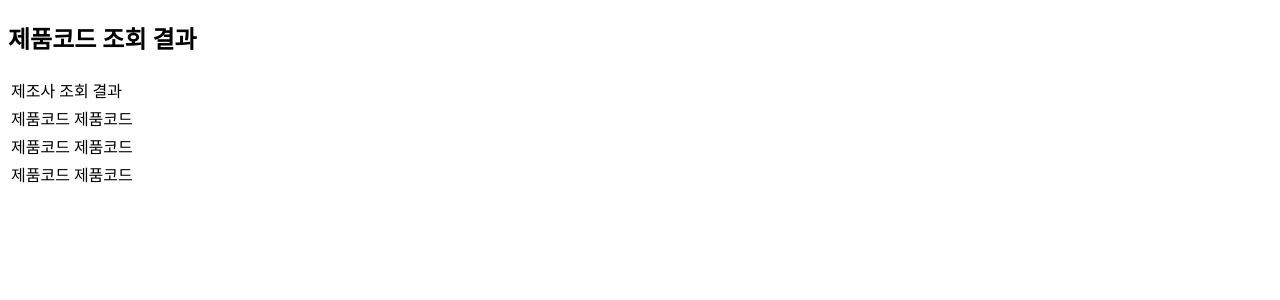
Repository: dlrjsgh367/SW-L5-20V1
Page: http://localhost/SW-L5-20V1/task2_check_result.jsp
The author's editor kept a copy of each file at every save. The page is drawn from the files as they stood at one save, then again after a run of saves.
The browser window is 1280 px wide. The pictures show the whole page.
The page is served by Tomcat 9.

Above is the page before, as saved 2025-01-12 08:33:18.

After the next 2 saves:
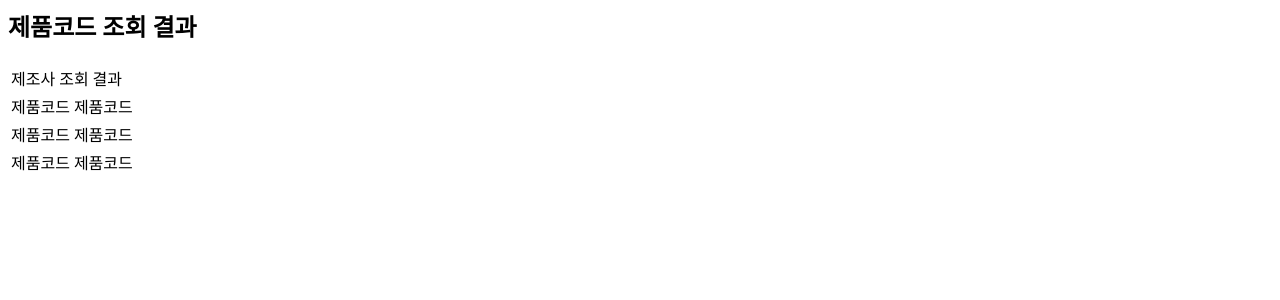
The 2 saves are shown as one change because they came seconds apart.
The last was saved 28 s later.
--- a/SW-L5-20V1/WebContent/task2_check_result.jsp
+++ b/SW-L5-20V1/WebContent/task2_check_result.jsp
@@ -1,6 +1,4 @@
-<%@ page language="java" contentType="text/html; charset=UTF-8"
-    pageEncoding="UTF-8"%>
-<!DOCTYPE html PUBLIC "-//W3C//DTD HTML 4.01 Transitional//EN" "http://www.w3.org/TR/html4/loose.dtd">
+<%@ page language="java" contentType="text/html; charset=UTF-8" pageEncoding="UTF-8"%>
 <html>
 <head>
   <meta http-equiv="Content-Type" content="text/html; charset=UTF-8">
